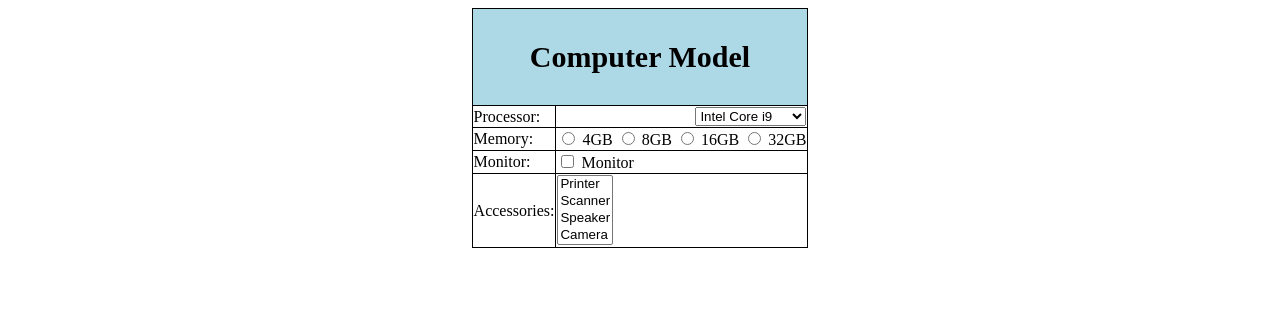
Repository: FatCat0712/JSP
Page: http://localhost/bai_20/computer.jsp
An editor plug-in stored every save of this project. The page is shown before and after the next save, followed by the edit.
The browser window is 1280 px wide. The pictures show the whole page.
The page is served by Tomcat 9.

Above is the page before, as saved 2024-04-22 12:23:44.

After the next save:
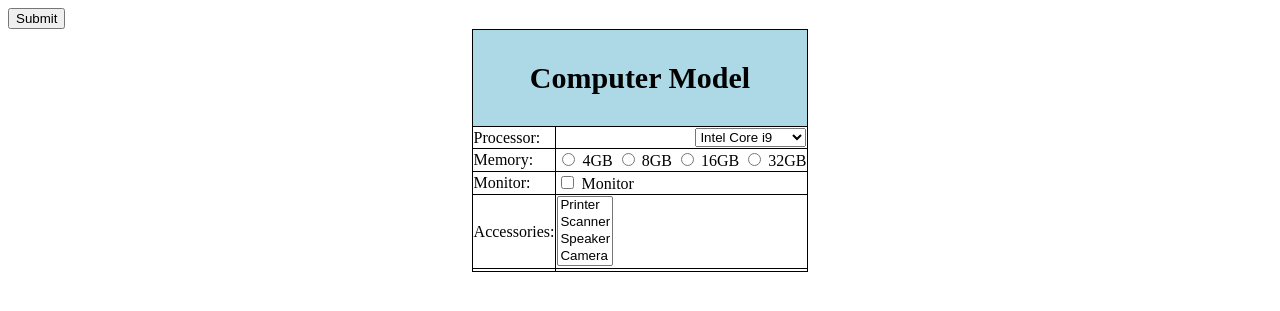
Saved 78 s later.
--- a/bai_20/src/main/webapp/computer.jsp
+++ b/bai_20/src/main/webapp/computer.jsp
@@ -77,6 +77,11 @@
 				</td>
 			</tr>
 
+			<tr>
+				<td></td>
+				<input type="submit" value="Submit"/>
+			</tr>
+
 
 
 		</table>
